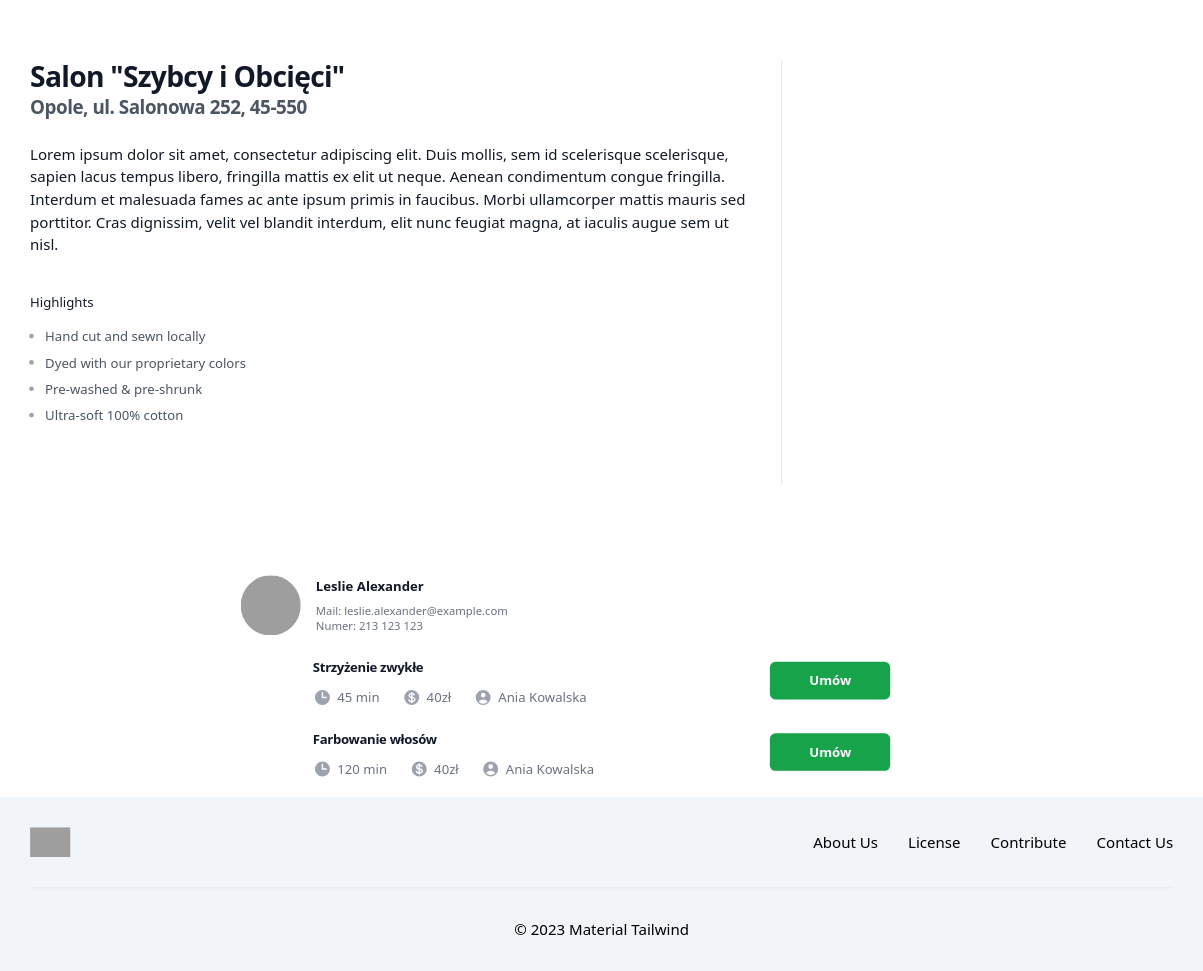
Repository: PrzemyslawJura/my-app
Page: /stronasalonu (app in frontend/)
The author's editor kept a copy of each file at every save. The page is drawn from the files as they stood at one save, then again after the next save.
The browser window is 1280 px wide. The pictures show the part of the page from y = 516 to 1549 px (the page is 1549 px tall before and 1517 px after), at 94% of full size.
Pictures or frames that could not be fetched are drawn as grey boxes. The project was rebuilt for these pictures with package versions that can differ from the ones it lists, and the page was loaded fresh each time. Also part of the build but not shown: frontend/src/components/Location.jsx, frontend/src/home/Feature.jsx, frontend/src/shared_np_buttony_inputy_kalendarze_itp/PaginationTile.jsx, frontend/src/home/Pagination.jsx, frontend/src/home/Listbox.jsx, frontend/src/home/StepOne.jsx, frontend/src/home/StepTwo.jsx, frontend/src/home/SalonOffer.jsx and 19 more.

Above is the page before, as saved 2023-11-21 20:21:32.

### frontend/src/index.css
@tailwind base;
html {
  scroll-behavior: smooth;
}

@tailwind components;
@tailwind utilities;

### frontend/src/core/App.jsx
import BrowserRoutes from "./BrowserRoutes"
import FooterWithLogo from "./Footer"
import NavbarBiznes from "./NavbarBiznes";
import NavbarHome from "./NavbarHome";



export default function App() {
  let navigationBar = <NavbarHome/>
  function userIsLogin(user)
  {
    if (user == false) navigationBar = <NavbarBiznes/>
    else navigationBar = <NavbarHome/>
  }
  return (
    <>
      {userIsLogin(false)}
      {navigationBar}
      <BrowserRoutes/>
      <FooterWithLogo/>
    </>
  )
}

### frontend/src/core/BrowserRoutes.jsx
import Home from "../home/Home"
import CalendarOfWork from "../biznes/CalendarOfWork"
import SalonPage from "../biznes/SalonPage"
import Workers from "../biznes/Workers"
import Services from "../biznes/Services"
import { Route, Routes } from "react-router-dom"
import NavbarBiznes from "./NavbarBiznes"

export default function BrowserRoutes() {
  return (
      <Routes>
        <Route path="/" element={<Home/>}/>
        <Route path="/stronasalonu" element={<SalonPage/>}/>
        <Route path="/pracownicy" element={<Workers/>}/>
        <Route path="/kalendarz" element={<CalendarOfWork/>}/>
        <Route path="/oferta" element={<Services/>}/>
      </Routes>
  )
}

### frontend/src/core/Footer.jsx
import { Typography } from "@material-tailwind/react";

export default function FooterWithLogo() {
  return (
    <footer id="footer" className="w-full p-8 bg-slate-100">
      <div className="flex flex-row flex-wrap items-center justify-center gap-y-6 gap-x-12 text-center md:justify-between">
      <img
        className="h-8 w-auto"
        src="https://tailwindui.com/img/logos/mark.svg?color=green&shade=600"
        alt=""
      />
        <ul className="flex flex-wrap items-center gap-y-2 gap-x-8">
          <li>
            <Typography
              as="a"
              href="#"
              color="blue-gray"
              className="font-normal transition-colors hover:text-blue-500 focus:text-blue-500"
            >
              About Us
            </Typography>
          </li>
          <li>
            <Typography
              as="a"
              href="#"
              color="blue-gray"
              className="font-normal transition-colors hover:text-blue-500 focus:text-blue-500"
            >
              License
            </Typography>
          </li>
          <li>
            <Typography
              as="a"
              href="#"
              color="blue-gray"
              className="font-normal transition-colors hover:text-blue-500 focus:text-blue-500"
            >
              Contribute
            </Typography>
          </li>
          <li>
            <Typography
              as="a"
              href="#"
              color="blue-gray"
              className="font-normal transition-colors hover:text-blue-500 focus:text-blue-500"
            >
              Contact Us
            </Typography>
          </li>
        </ul>
      </div>
      <hr className="my-8 border-blue-gray-50" />
      <Typography color="blue-gray" className="text-center font-normal">
        &copy; 2023 Material Tailwind
      </Typography>
    </footer>
  );
}

### frontend/src/biznes/SalonPage.jsx
import Salon from "./Salon"
import Hairdresser from "../components/Hairdresser"
import OneService from "../components/OneService"
import MainButton from "../shared_np_buttony_inputy_kalendarze_itp/MainButton"

const people = [
  {
    name: 'Leslie Alexander',
    email: 'leslie.alexander@example.com',
    telephone: '213 123 123',
    role: 'Co-Founder / CEO',
    imageUrl:
      'https://images.unsplash.com/photo-1494790108377-be9c29b29330?ixlib=rb-1.2.1&ixid=eyJhcHBfaWQiOjEyMDd9&auto=format&fit=facearea&facepad=2&w=256&h=256&q=80',
    lastSeen: '3h ago',
    lastSeenDateTime: '2023-01-23T13:23Z',
  },
  {
    name: 'Michael Foster',
    email: 'michael.foster@example.com',
    role: 'Co-Founder / CTO',
    imageUrl:
      'https://images.unsplash.com/photo-1519244703995-f4e0f30006d5?ixlib=rb-1.2.1&ixid=eyJhcHBfaWQiOjEyMDd9&auto=format&fit=facearea&facepad=2&w=256&h=256&q=80',
    lastSeen: '3h ago',
    lastSeenDateTime: '2023-01-23T13:23Z',
  },
  {
    name: 'Dries Vincent',
    email: 'dries.vincent@example.com',
    role: 'Business Relations',
    imageUrl:
      'https://images.unsplash.com/photo-1506794778202-cad84cf45f1d?ixlib=rb-1.2.1&ixid=eyJhcHBfaWQiOjEyMDd9&auto=format&fit=facearea&facepad=2&w=256&h=256&q=80',
    lastSeen: null,
  },
  {
    name: 'Lindsay Walton',
    email: 'lindsay.walton@example.com',
    role: 'Front-end Developer',
    imageUrl:
      'https://images.unsplash.com/photo-1517841905240-472988babdf9?ixlib=rb-1.2.1&ixid=eyJhcHBfaWQiOjEyMDd9&auto=format&fit=facearea&facepad=2&w=256&h=256&q=80',
    lastSeen: '3h ago',
    lastSeenDateTime: '2023-01-23T13:23Z',
  },
  {
    name: 'Courtney Henry',
    email: 'courtney.henry@example.com',
    role: 'Designer',
    imageUrl:
      'https://images.unsplash.com/photo-1438761681033-6461ffad8d80?ixlib=rb-1.2.1&ixid=eyJhcHBfaWQiOjEyMDd9&auto=format&fit=facearea&facepad=2&w=256&h=256&q=80',
    lastSeen: '3h ago',
    lastSeenDateTime: '2023-01-23T13:23Z',
  },
  {
    name: 'Tom Cook',
    email: 'tom.cook@example.com',
    role: 'Director of Product',
    imageUrl:
      'https://images.unsplash.com/photo-1472099645785-5658abf4ff4e?ixlib=rb-1.2.1&ixid=eyJhcHBfaWQiOjEyMDd9&auto=format&fit=facearea&facepad=2&w=256&h=256&q=80',
    lastSeen: null,
  },
]

const services = [
  {
    name: 'Strzyżenie zwykłe',
    time: '45',
    price: '40',
    hairdresser: 'Ania Kowalska',
    active: true,
  },
  {
    name: 'Farbowanie włosów',
    time: '120',
    price: '40',
    hairdresser: 'Ania Kowalska',
    active: true,
  }
]


export default function SalonPage() {
  return (
    <>
      <Salon/>
      <div className="w-3/5 m-auto">
        <Hairdresser person={people[0]}/>
        <div className="w-4/5 m-auto my-5 flex justify-between">
          <OneService service={services[0]}/>
          <MainButton text="Umów"/>
        </div>
        <div className="w-4/5 m-auto my-5 flex justify-between">
          <OneService service={services[1]}/>
          <MainButton text="Umów"/>
        </div>


      </div>
    </>
  )
}

### frontend/src/shared_np_buttony_inputy_kalendarze_itp/MainButton.jsx
export default function MainButton({text}) {
    return (
        <button
        type="submit"
        className="w-20 sm:w-32 flex-none rounded-md bg-green-600 px-3.5 py-2.5 text-sm font-semibold max-h-10 my-auto
                   text-white shadow-sm hover:bg-green-400 focus-visible:outline focus-visible:outline-2
                   focus-visible:outline-offset-2 focus-visible:outline-indigo-500"
        >
        {text}
        </button>
    )}

### frontend/src/biznes/Salon.jsx
import { StarIcon } from '@heroicons/react/20/solid'
import { CarouselDefault } from '../components/CarouselDefault'

const product = {
  name: 'Salon "Szybcy i Obcięci"',
  city: 'Opole',
  street: 'ul. Salonowa 252',
  code: '45-550',
  price: '$192',
  href: '#',
  breadcrumbs: [
    { id: 1, name: 'Opole', href: '#' }
  ],
  images: [
    {
      src: 'https://tailwindui.com/img/ecommerce-images/product-page-02-secondary-product-shot.jpg',
      alt: 'Two each of gray, white, and black shirts laying flat.',
    },
    {
      src: 'https://tailwindui.com/img/ecommerce-images/product-page-02-tertiary-product-shot-01.jpg',
      alt: 'Model wearing plain black basic tee.',
    },
    {
      src: 'https://tailwindui.com/img/ecommerce-images/product-page-02-tertiary-product-shot-02.jpg',
      alt: 'Model wearing plain gray basic tee.',
    },
    {
      src: 'https://tailwindui.com/img/ecommerce-images/product-page-02-featured-product-shot.jpg',
      alt: 'Model wearing plain white basic tee.',
    },
  ],
  description:
    'Lorem ipsum dolor sit amet, consectetur adipiscing elit. Duis mollis, sem id scelerisque scelerisque, sapien lacus tempus libero, fringilla mattis ex elit ut neque. Aenean condimentum congue fringilla. Interdum et malesuada fames ac ante ipsum primis in faucibus. Morbi ullamcorper mattis mauris sed porttitor. Cras dignissim, velit vel blandit interdum, elit nunc feugiat magna, at iaculis augue sem ut nisl. ',
  highlights: [
    'Hand cut and sewn locally',
    'Dyed with our proprietary colors',
    'Pre-washed & pre-shrunk',
    'Ultra-soft 100% cotton',
  ],
}
const reviews = { href: '#', average: 3.5, totalCount: 117 }

function classNames(...classes) {
  return classes.filter(Boolean).join(' ')
}

export default function Salon() {

  return (
    <div className="bg-white">
      <div className="pt-6">
        <nav aria-label="Breadcrumb">
          <ol role="list" className="mx-auto flex max-w-2xl items-center space-x-2 px-4 sm:px-6 lg:max-w-7xl lg:px-8">
            {product.breadcrumbs.map((breadcrumb) => (
              <li key={breadcrumb.id}>
                <div className="flex items-center">
                  <a href={breadcrumb.href} className="mr-2 text-sm font-medium text-gray-900">
                    {breadcrumb.name}
                  </a>
                  <svg
                    width={16}
                    height={20}
                    viewBox="0 0 16 20"
                    fill="currentColor"
                    aria-hidden="true"
                    className="h-5 w-4 text-gray-300"
                  >
                    <path d="M5.697 4.34L8.98 16.532h1.327L7.025 4.341H5.697z" />
                  </svg>
                </div>
              </li>
            ))}
            <li className="text-sm">
              <a href={product.href} aria-current="page" className="font-medium text-gray-500 hover:text-gray-600">
                {product.name}
              </a>
            </li>
          </ol>
        </nav>

        {/* Image gallery */}
        <div className="mx-auto mt-6 max-w-2xl sm:px-6  lg:max-w-7xl  lg:px-8 rounded-xl h-96 overflow-x-hidden">
              <CarouselDefault/>
        </div>

        {/* Product info */}
        <div className="mx-auto max-w-2xl px-4 pb-16 pt-10 sm:px-6 lg:grid lg:max-w-7xl lg:grid-cols-3 lg:grid-rows-[auto,auto,1fr] lg:gap-x-8 lg:px-8 lg:pb-24 lg:pt-16">
          <div className="lg:col-span-2 lg:border-r lg:border-gray-200 lg:pr-8">
            <h1 className="text-2xl font-bold tracking-tight text-gray-900 sm:text-3xl">{product.name}</h1>
            <h3 className="text-xl font-semibold tracking-tight text-gray-600">{product.city}, {product.street}, {product.code}</h3>
          </div>

          {/* Options */}
{/*}
          <div className="mt-4 lg:row-span-3 lg:mt-0">{*/}
            {/* Reviews */}{/*}
            <div className="mt-6">
              <h3 className="sr-only">Reviews</h3>
              <div className="flex items-center">
                <div className="flex items-center">
                  {[0, 1, 2, 3, 4].map((rating) => (
                    <StarIcon
                      key={rating}
                      className={classNames(
                        reviews.average > rating ? 'text-gray-900' : 'text-gray-200',
                        'h-5 w-5 flex-shrink-0'
                      )}
                      aria-hidden="true"
                    />
                  ))}
                </div>
                <p className="sr-only">{reviews.average} out of 5 stars</p>
                <a href={reviews.href} className="ml-3 text-sm font-medium text-indigo-600 hover:text-indigo-500">
                  {reviews.totalCount} reviews
                </a>
              </div>
            </div>

            <form className="mt-10">
              <button
                type="submit"
                className="mt-10 flex w-full items-center justify-center rounded-md border border-transparent bg-indigo-600 px-8 py-3 text-base font-medium text-white hover:bg-indigo-700 focus:outline-none focus:ring-2 focus:ring-indigo-500 focus:ring-offset-2"
              >
                Dodaj ocene
              </button>
            </form>

          </div>
        {*/}
          <div className="py-10 lg:col-span-2 lg:col-start-1 lg:border-r lg:border-gray-200 lg:pb-16 lg:pr-8 lg:pt-6">
            {/* Description and details */}
            <div>
              <h3 className="sr-only">Description</h3>

              <div className="space-y-6">
                <p className="text-base text-gray-900">{product.description}</p>
              </div>
            </div>

            <div className="mt-10">
              <h3 className="text-sm font-medium text-gray-900">Highlights</h3>

              <div className="mt-4">
                <ul role="list" className="list-disc space-y-2 pl-4 text-sm">
                  {product.highlights.map((highlight) => (
                    <li key={highlight} className="text-gray-400">
                      <span className="text-gray-600">{highlight}</span>
                    </li>
                  ))}
                </ul>
              </div>
            </div>

          </div>
        </div>
      </div>
    </div>
  )
}

### frontend/src/components/Hairdresser.jsx
export default function Hairdresser({person}) {
    return (
      <>
          <div className="flex min-w-0 gap-x-4">
            <img className="h-16 w-16 flex-none rounded-full bg-gray-50" src={person.imageUrl} alt="" />
            <div className="min-w-0 flex-auto">
              <p className="text-sm font-semibold leading-6 text-gray-900">{person.name}</p>
              <p className="mt-1 truncate text-xs leading-5 text-gray-500">Mail: {person.email}</p>
              <p className="truncate text-xs leading-3 text-gray-500">Numer: {person.telephone}</p>
            </div>
          </div>
    </>
  )}

### frontend/src/components/OneService.jsx
import {
    ClockIcon,
    CurrencyDollarIcon,
    UserCircleIcon,
  } from '@heroicons/react/20/solid'

export default function OneService({service}) {
    return (
        <div className="min-w-0 flex-1">
          <h2 className="text-sm font-semibold leading-7 text-gray-900 sm:truncate sm:tracking-tight">
            {service.name}
          </h2>
          <div className="mt-1 flex flex-col sm:mt-0 sm:flex-row sm:flex-wrap sm:space-x-6">
            <div className="mt-2 flex items-center text-sm text-gray-500">
              <ClockIcon className="mr-1.5 h-5 w-5 flex-shrink-0 text-gray-400" aria-hidden="true" />
              {service.time} min
            </div>
            <div className="mt-2 flex items-center text-sm text-gray-500">
              <CurrencyDollarIcon className="mr-1.5 h-5 w-5 flex-shrink-0 text-gray-400" aria-hidden="true" />
              {service.price}zł
            </div>
            <div className="mt-2 flex items-center text-sm text-gray-500">
              <UserCircleIcon className="mr-1.5 h-5 w-5 flex-shrink-0 text-gray-400" aria-hidden="true" />
              {service.hairdresser}
            </div>
          </div>
        </div>
    )}

### frontend/src/components/CarouselDefault.jsx
import { Carousel, IconButton } from "@material-tailwind/react";

export function CarouselDefault() {
  return (
    <Carousel
      className="rounded-xl"
      prevArrow={({ handlePrev }) => (
        <IconButton
          variant="text"
          color="white"
          size="lg"
          onClick={handlePrev}
          className="!absolute top-2/4 left-4 -translate-y-2/4"
        >
          <svg
            xmlns="http://www.w3.org/2000/svg"
            fill="none"
            viewBox="0 0 24 24"
            strokeWidth={2}
            stroke="currentColor"
            className="h-6 w-6"
          >
            <path
              strokeLinecap="round"
              strokeLinejoin="round"
              d="M10.5 19.5L3 12m0 0l7.5-7.5M3 12h18"
            />
          </svg>
        </IconButton>
      )}
      nextArrow={({ handleNext }) => (
        <IconButton
          variant="text"
          color="white"
          size="lg"
          onClick={handleNext}
          className="!absolute top-2/4 !right-4 -translate-y-2/4"
        >
          <svg
            xmlns="http://www.w3.org/2000/svg"
            fill="none"
            viewBox="0 0 24 24"
            strokeWidth={2}
            stroke="currentColor"
            className="h-6 w-6"
          >
            <path
              strokeLinecap="round"
              strokeLinejoin="round"
              d="M13.5 4.5L21 12m0 0l-7.5 7.5M21 12H3"
            />
          </svg>
        </IconButton>
      )}
    >
      <img
        src="https://images.unsplash.com/photo-1592647420148-bfcc177e2117?ixlib=rb-4.0.3&ixid=M3wxMjA3fDB8MHxwaG90by1wYWdlfHx8fGVufDB8fHx8fA%3D%3D&auto=format&fit=crop&w=2039&q=80"
        alt="image 1"
        className="h-full w-full object-cover"
      />
      <img
        src="https://images.unsplash.com/photo-1634480256802-7cb50e5a196a?ixlib=rb-4.0.3&ixid=M3wxMjA3fDB8MHxzZWFyY2h8Nnx8YmFyYmVyc2hvcHxlbnwwfDB8MHx8fDI%3D&auto=format&fit=crop&w=400&q=60"
        alt="image 2"
        className="h-full w-full object-cover"
      />
      <img
        src="https://images.unsplash.com/photo-1622288432450-277d0fef5ed6?ixlib=rb-4.0.3&ixid=M3wxMjA3fDB8MHxwaG90by1wYWdlfHx8fGVufDB8fHx8fA%3D%3D&auto=format&fit=crop&w=2070&q=80"
        alt="image 3"
        className="h-full w-full object-cover"
      />
    </Carousel>
  );
}

Loaded but not shown: frontend/public/index.html (common file); frontend/src/reportWebVitals.js (common file); frontend/src/index.js (20 lines, source omitted); frontend/tailwind.config.js (19 lines, source omitted); frontend/src/core/NavbarBiznes.jsx (146 lines, source omitted)

After the next save:
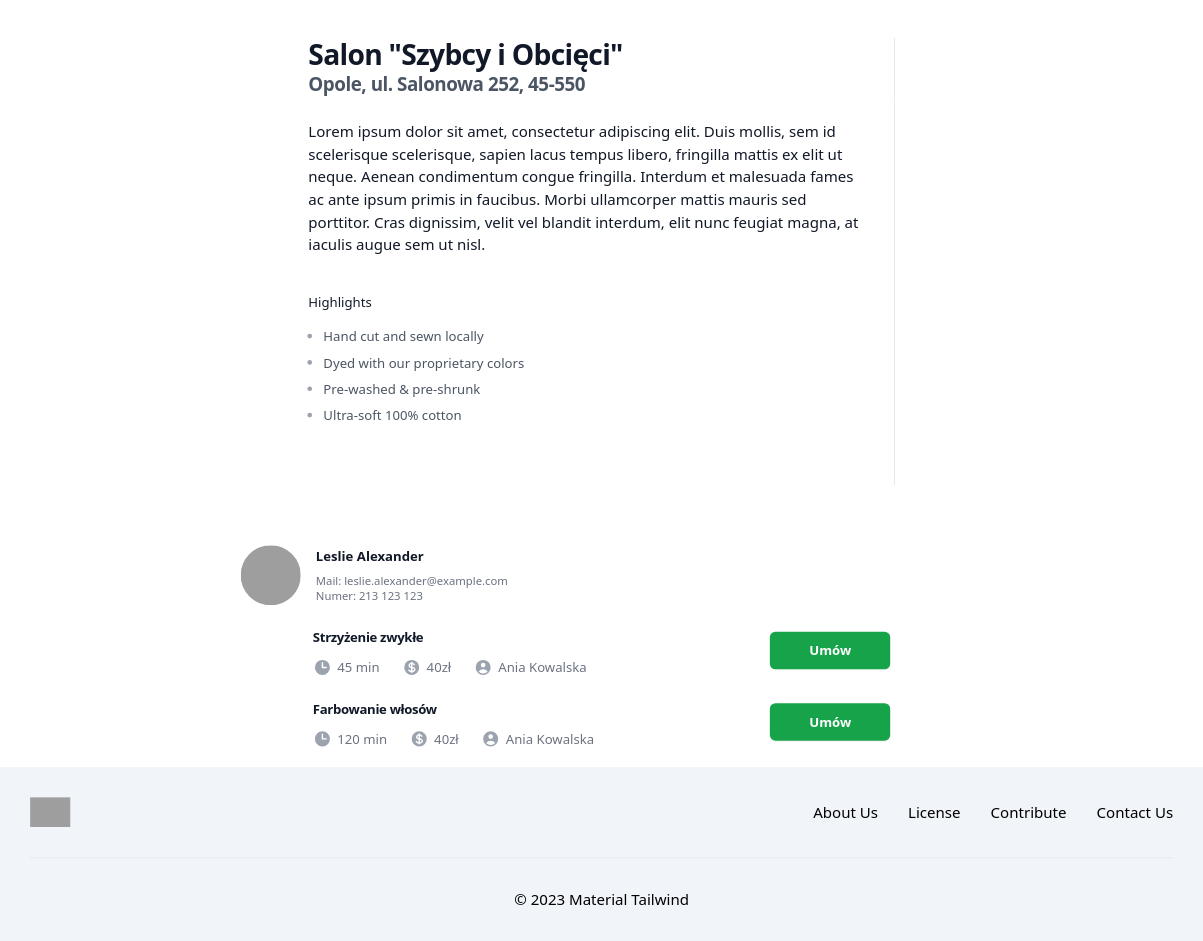
Saved 52 s later.
--- a/frontend/src/biznes/Salon.jsx
+++ b/frontend/src/biznes/Salon.jsx
@@ -84,14 +84,14 @@ export default function Salon() {
         </div>
 
         {/* Product info */}
-        <div className="mx-auto max-w-2xl px-4 pb-16 pt-10 sm:px-6 lg:grid lg:max-w-7xl lg:grid-cols-3 lg:grid-rows-[auto,auto,1fr] lg:gap-x-8 lg:px-8 lg:pb-24 lg:pt-16">
+        <div className="mx-auto max-w-2xl px-4 pb-16 pt-10 sm:px-6 ">
           <div className="lg:col-span-2 lg:border-r lg:border-gray-200 lg:pr-8">
             <h1 className="text-2xl font-bold tracking-tight text-gray-900 sm:text-3xl">{product.name}</h1>
             <h3 className="text-xl font-semibold tracking-tight text-gray-600">{product.city}, {product.street}, {product.code}</h3>
           </div>
 
           {/* Options */}
-{/*}
+{/*} lg:grid lg:max-w-7xl lg:grid-cols-3 lg:grid-rows-[auto,auto,1fr] lg:gap-x-8 lg:px-8 lg:pb-24 lg:pt-16
           <div className="mt-4 lg:row-span-3 lg:mt-0">{*/}
             {/* Reviews */}{/*}
             <div className="mt-6">
